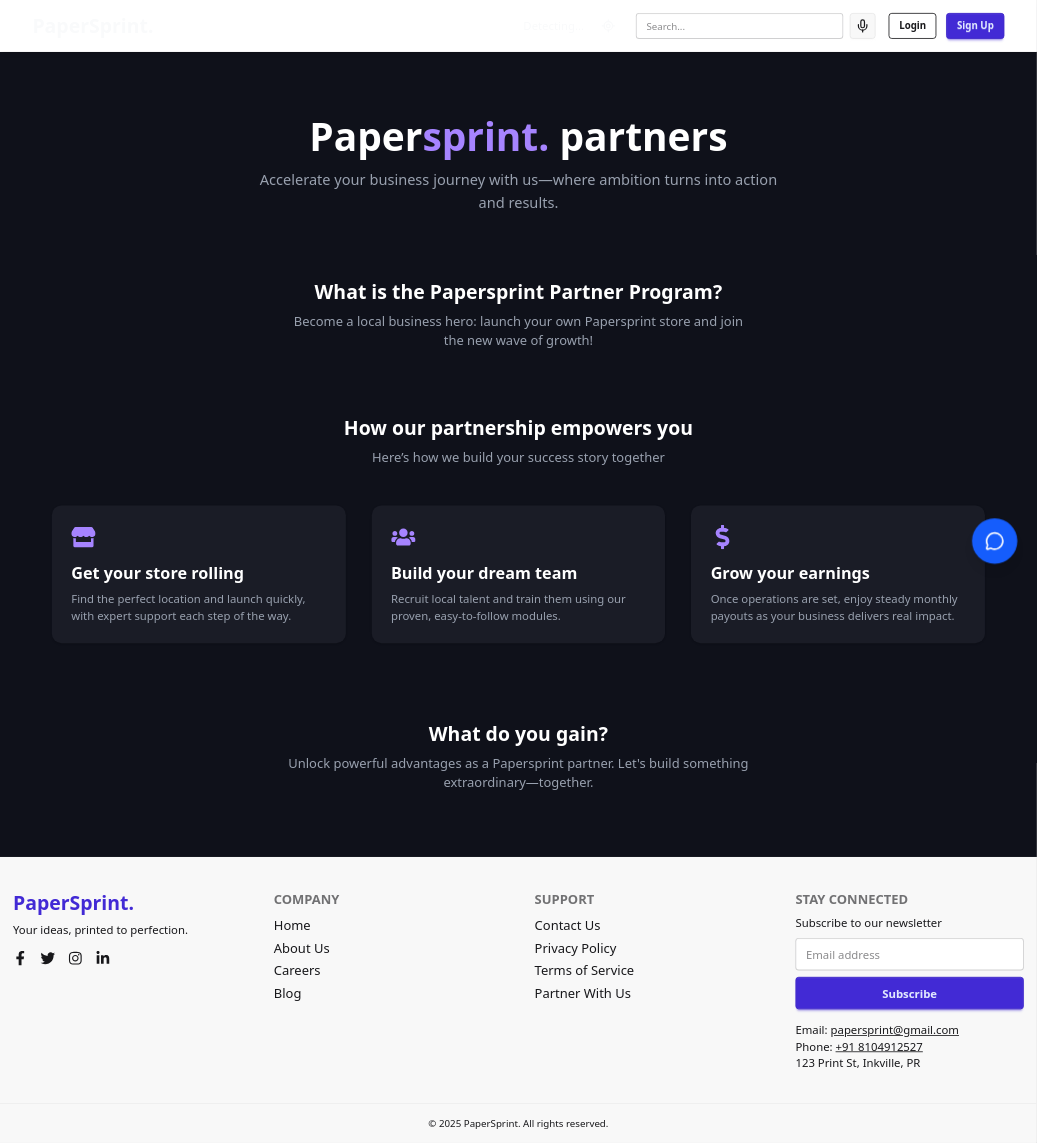
Repository: rakheOmar/print-sprint-2.0
Page: /about-us (app in client/)
The author's editor kept a copy of each file at every save. The page is drawn from the files as they stood at one save, then again after the next save.
The browser window is 1280 px wide. The pictures show the whole page, at 81% of full size.
The page's requests for data from a server got no answer. The project was rebuilt for these pictures with package versions that can differ from the ones it lists, and the page was loaded fresh each time. Some packages were replaced by stand-ins written for this rebuild. No one was signed in, and anything a server would have sent is missing. Also part of the build but not shown: client/vite.config.js, client/src/components/LoginPage.jsx, client/src/components/SignUpPage.jsx, client/src/components/AuthModal.jsx, client/src/components/PartnerWithUs.jsx, client/src/components/DocumentSubmit.jsx, client/src/components/PaymentButton.jsx, client/src/components/Cart.jsx and 5 more.

Above is the page before, as saved 2025-07-25 01:51:57.

After the next save:
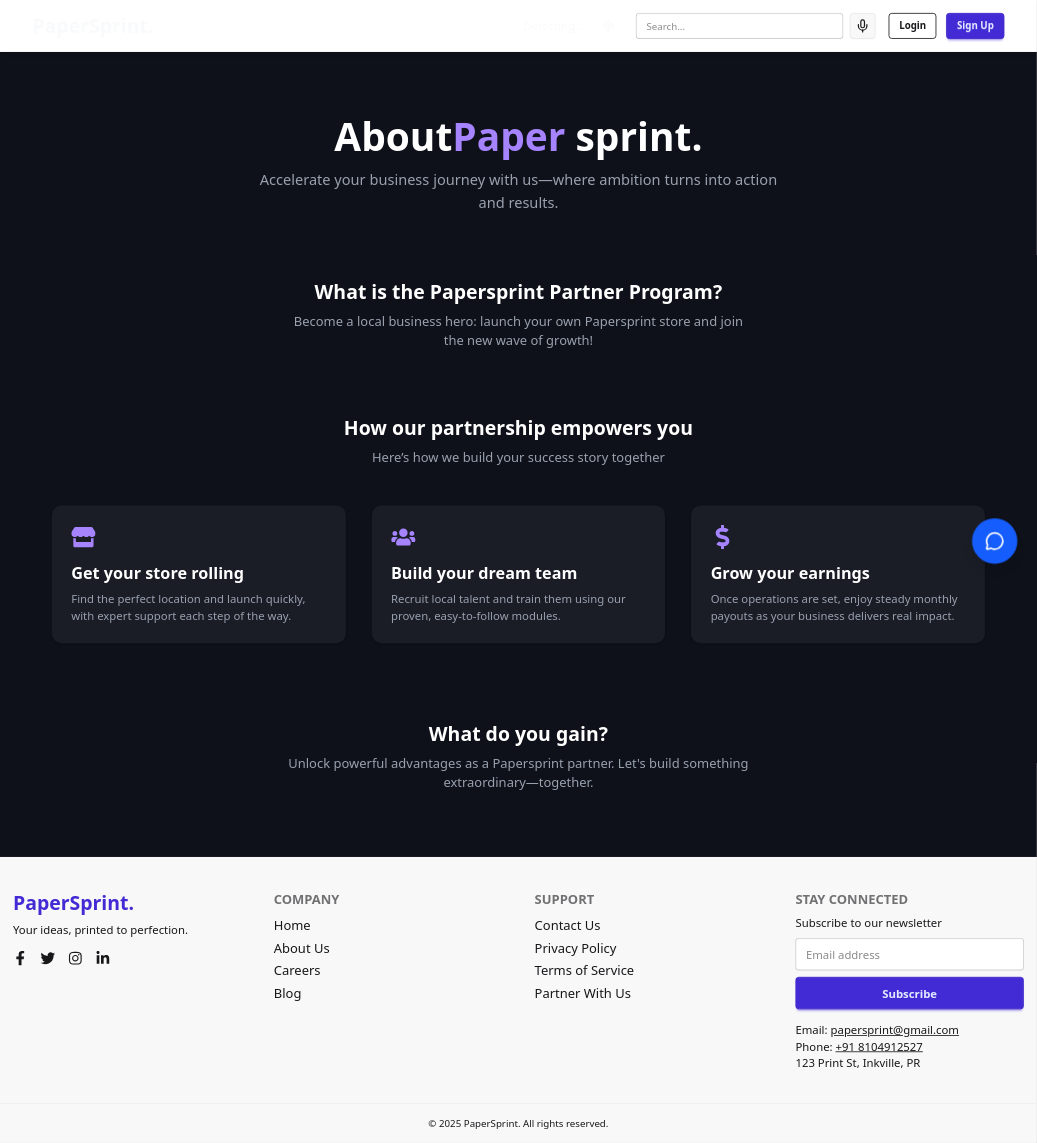
Saved 2 min 18 s later.
--- a/client/src/components/AboutUs.jsx
+++ b/client/src/components/AboutUs.jsx
@@ -8,7 +8,7 @@ const AboutUs = () => {
 
         {/* Heading */}
         <h1 className="text-4xl md:text-5xl font-bold">
-          Paper<span className="text-violet-400">sprint.</span> <span className="text-white">partners</span>
+          About<span className="text-violet-400">Paper</span> <span className="text-white">sprint.</span>
         </h1>
         <p className="text-gray-400 mt-4 text-lg max-w-2xl mx-auto">
           Accelerate your business journey with us—where ambition turns into action and results.
